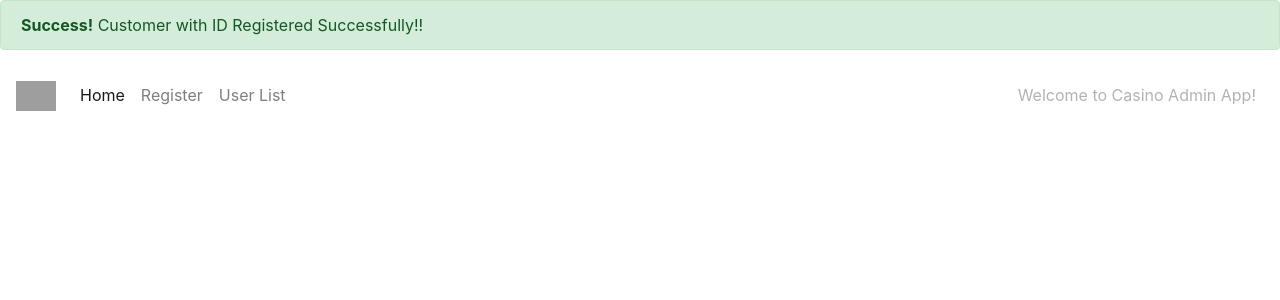
Repository: piyushrulesyou/CasinoGameApplication
Page: http://localhost/adminPanel/
An editor plug-in stored every save of this project. The page is shown before and after the next save, followed by the edit.
The browser window is 1280 px wide. The pictures show the whole page.
Pictures or frames that could not be fetched are drawn as grey boxes. The page is served by Tomcat 9. Nobody is signed in. The application's start-up code is not run. Other server files are loaded and not shown.

Above is the page before, as saved 2019-10-31 11:18:53.

### AdminPanel/adminPanel/src/main/webapp/index.jsp
<%@ taglib uri="http://java.sun.com/jsp/jstl/core" prefix="c"%>

<%@ page language="java" contentType="text/html; charset=ISO-8859-1"
	pageEncoding="ISO-8859-1" isELIgnored="false"%>

<!DOCTYPE html>
<html>
<head>
<title>Admin HomePage</title>
<meta charset="utf-8">

<meta name="viewport" content="width=device-width, initial-scale=1">


<link rel="stylesheet"
	href="https://maxcdn.bootstrapcdn.com/bootstrap/4.3.1/css/bootstrap.min.css">
<script
	src="https://ajax.googleapis.com/ajax/libs/jquery/3.4.1/jquery.min.js"></script>
<script
	src="https://cdnjs.cloudflare.com/ajax/libs/popper.js/1.14.7/umd/popper.min.js"></script>
<script
	src="https://maxcdn.bootstrapcdn.com/bootstrap/4.3.1/js/bootstrap.min.js"></script>
</head>
<body>
	<!-- 	background="https://images.fineartamerica.com/images/artworkimages/mediumlarge/2/collection-of-las-vegas-casino-chips-1-aloha-art.jpg"> -->


	<c:if test="${statusMessage}">
		<div class="alert alert-success">
			<strong>Success!</strong> Customer with ID
			${successMessageRegistration} Registered Successfully!!
		</div>
	</c:if>

	<c:if test="${!statusMessage}">
		<div class="alert alert-success">
			<strong>Success!</strong> Customer with ID
			${successMessageRegistration} Registered Successfully!!
		</div>
	</c:if>


	<!-- 	<nav class="navbar navbar-expand-sm bg-dark navbar-dark"> -->
	<nav class="navbar navbar-expand-sm navbar-light bg-faded">
		<a class="navbar-brand" href="#"> <img
			src="https://www.slotnite.com/images/sliders/livecasino/casino1.png"
			alt="logo" style="width: 40px;">
		</a>

		<!-- Links -->
		<ul class="navbar-nav mr-auto">
			<li class="nav-item"><a class="nav-link active" href="#">Home</a></li>
			<li class="nav-item"><a class="nav-link" href="RegisterUser.jsp">Register</a></li>
			<li class="nav-item"><a class="nav-link" href="#">User List</a></li>
		</ul>
		<ul class="navbar-nav">
			<li class="nav-item"><span class="nav-link disabled">Welcome
					to Casino Admin App!</span></li>
		</ul>
	</nav>



</body>
</html>

After the next save:
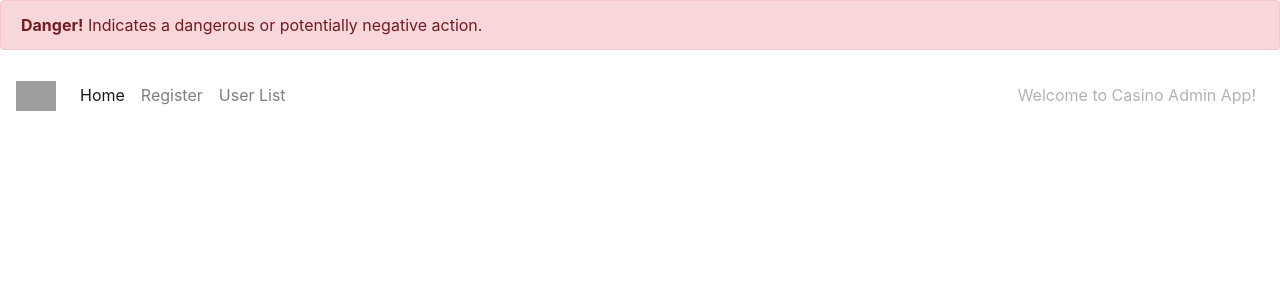
Saved 43 s later.
--- a/AdminPanel/adminPanel/src/main/webapp/index.jsp
+++ b/AdminPanel/adminPanel/src/main/webapp/index.jsp
@@ -33,9 +33,9 @@
 	</c:if>
 
 	<c:if test="${!statusMessage}">
-		<div class="alert alert-success">
-			<strong>Success!</strong> Customer with ID
-			${successMessageRegistration} Registered Successfully!!
+		<div class="alert alert-danger">
+			<strong>Danger!</strong> Indicates a dangerous or potentially
+			negative action.
 		</div>
 	</c:if>
 
